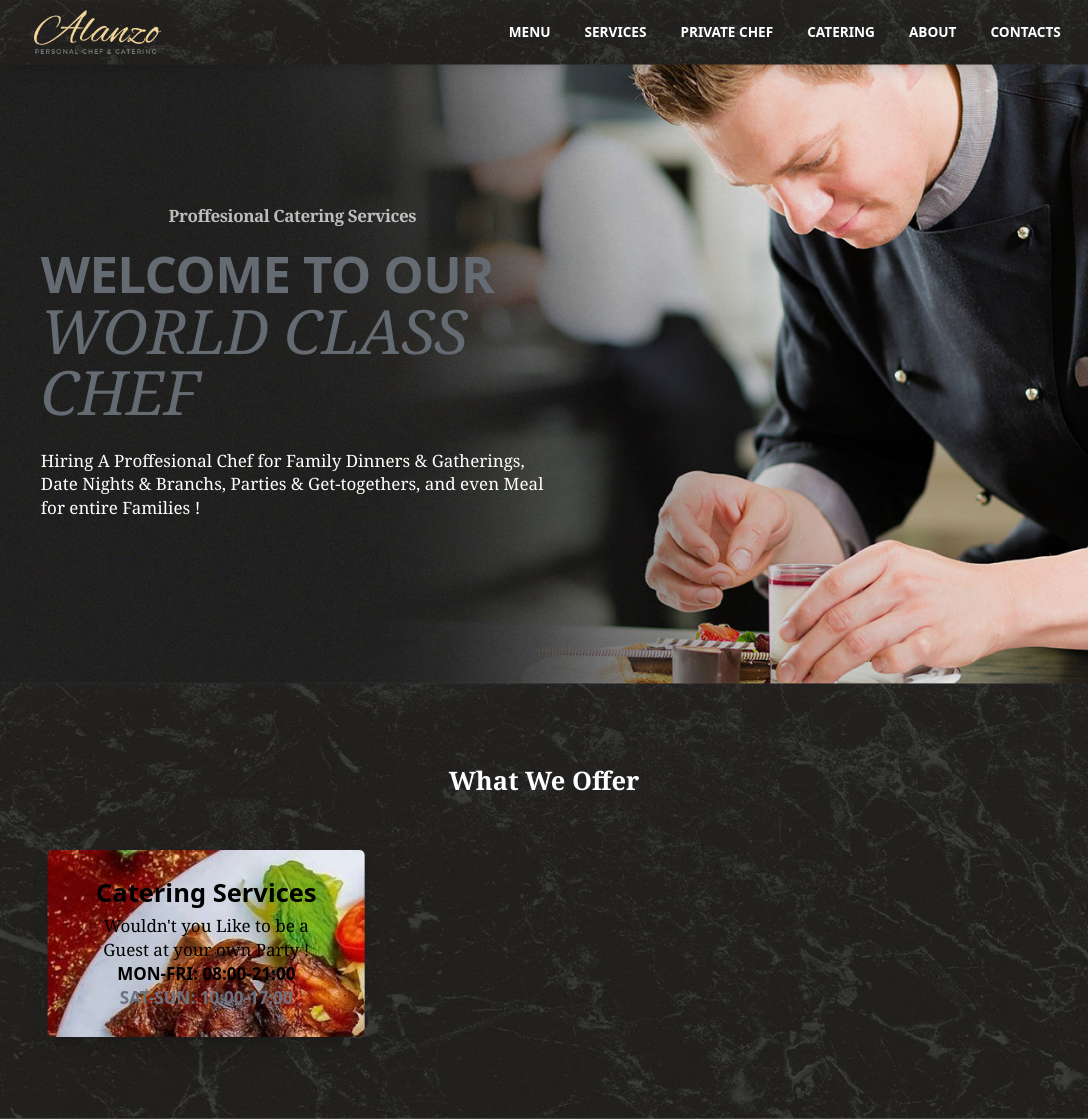
Repository: remydev47/alanzo
Page: /
An editor plug-in stored every save of this project. The page is shown before and after the next save, followed by the edit.
The browser window is 1280 px wide. The pictures show the whole page, at 85% of full size.
The project was rebuilt for these pictures with package versions that can differ from the ones it lists, and the page was loaded fresh each time. The framework's server and built-in components were replaced by stand-ins that run in the browser. Also part of the build but not shown: next.config.js, components/Aboutus.tsx, components/Consulting.tsx, components/Catering.tsx, components/Menu.tsx, components/Testimonials.tsx, components/CTA.tsx, components/Footer.tsx.

Above is the page before, as saved 2022-12-17 12:11:14.

After the next save:
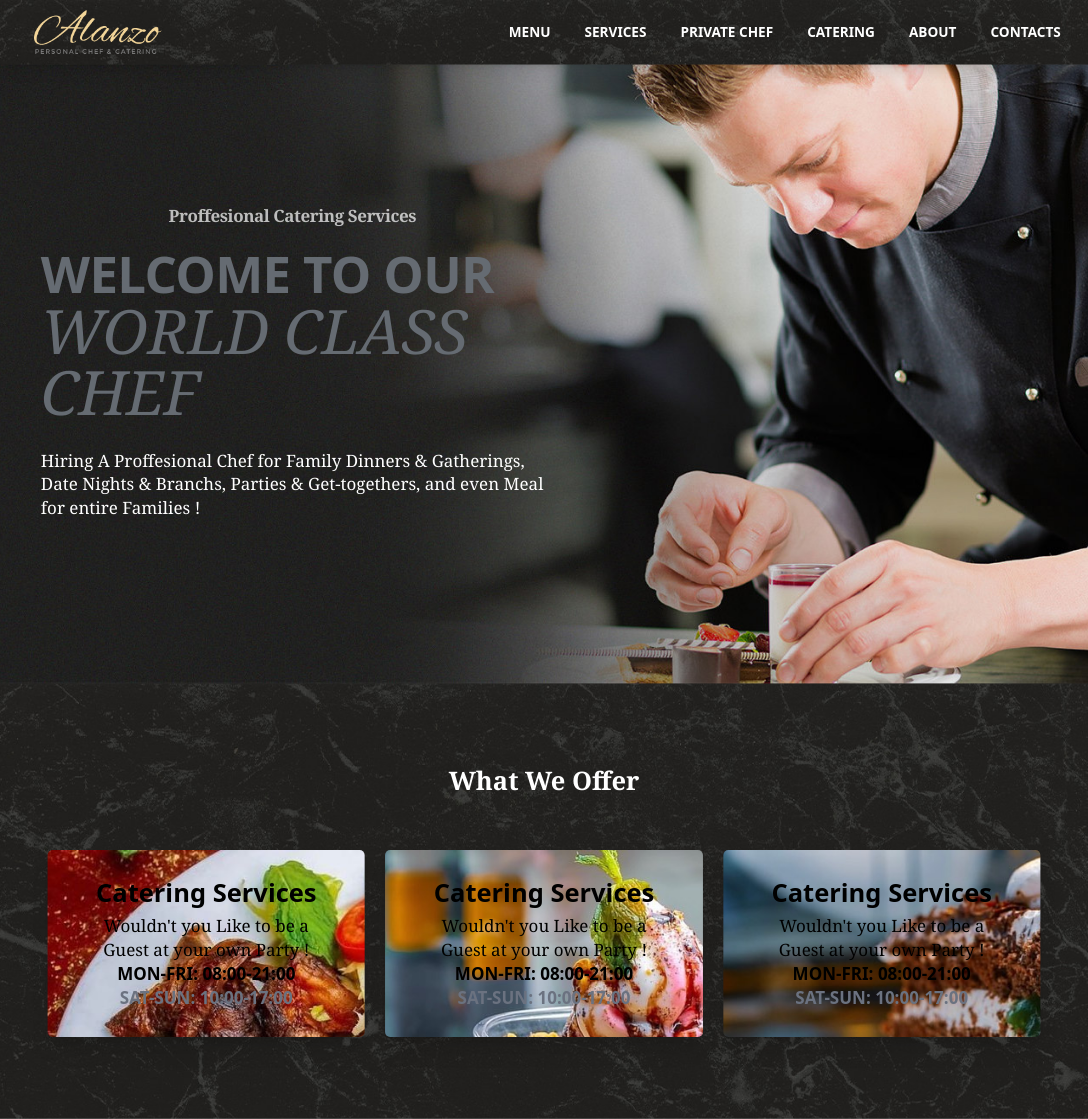
Saved 32 s later.
--- a/components/Services.tsx
+++ b/components/Services.tsx
@@ -28,6 +28,42 @@ const Services = () => {
           </div>
         </div>
 
+        <div className="overflow-hidden bg-[url('/images/bg-4.jpg')] shadow-xl border-gray-300 rounded-md">
+          <div className="p-8 xl:px-12 flex flex-col items-center justify-center">
+             <div className='flex flex-col'>
+               <h1 className='text-3xl font-semibold text-black'>Catering Services</h1>
+             </div>
+             <h2 className='font-normal text-xl font-serif text-black text-center mt-2'>
+               Wouldn't you Like to be a Guest at your own Party !
+             </h2>
+             <p className='text-xl text-black text-center font-bold'>
+               MON-FRI: 08:00-21:00
+             </p>
+             <p className='text-xl text-gray-500 text-center font-bold'>
+               SAT-SUN: 10:00-17:00
+             </p>
+          </div>
+        </div>
+
+        <div className="overflow-hidden bg-[url('/images/bg-5.jpg')] shadow-xl border-gray-300 rounded-md">
+          <div className="p-8 xl:px-12 flex flex-col items-center justify-center">
+             <div className='flex flex-col'>
+               <h1 className='text-3xl font-semibold text-black'>Catering Services</h1>
+             </div>
+             <h2 className='font-normal text-xl font-serif text-black text-center mt-2'>
+               Wouldn't you Like to be a Guest at your own Party !
+             </h2>
+             <p className='text-xl text-black text-center font-bold'>
+               MON-FRI: 08:00-21:00
+             </p>
+             <p className='text-xl text-gray-500 text-center font-bold'>
+               SAT-SUN: 10:00-17:00
+             </p>
+          </div>
+        </div>
+
+
+
        </div>
       </div>
     </section>
